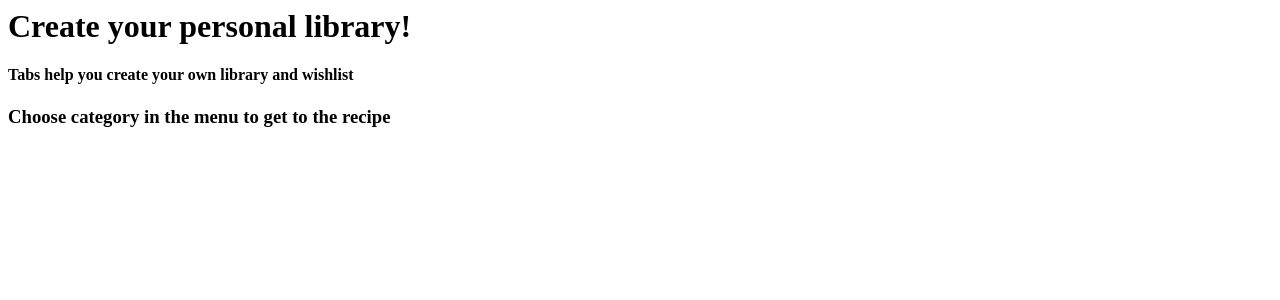
Repository: joannapl/LibraryOnline
Page: templates/home.html
The author's editor kept a record of every edit. The page is drawn from the files as they stood at one moment, then again after the next edit.
The browser window is 1280 px wide. The pictures show the whole page.

Above is the page before.

After the next edit:
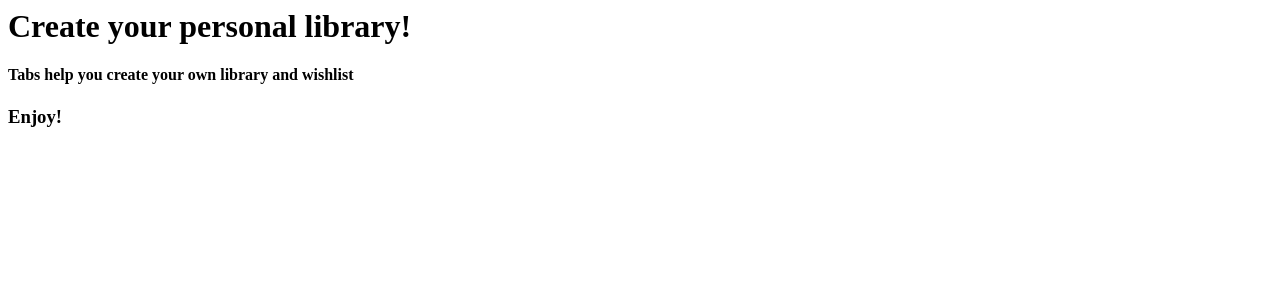
The edit:
--- a/templates/home.html
+++ b/templates/home.html
@@ -7,6 +7,6 @@
         <h4><span class="glyphicon glyphicon-tag" class="welcomeDiv"></span>Tabs help you create your own library and wishlist</h4>
     </div>
     <div class="jumbotron" id="addDiv">
-        <h3>Choose category in the menu to get to the recipe</h3>
+        <h3>Enjoy!</h3>
     </div>
 </div>
